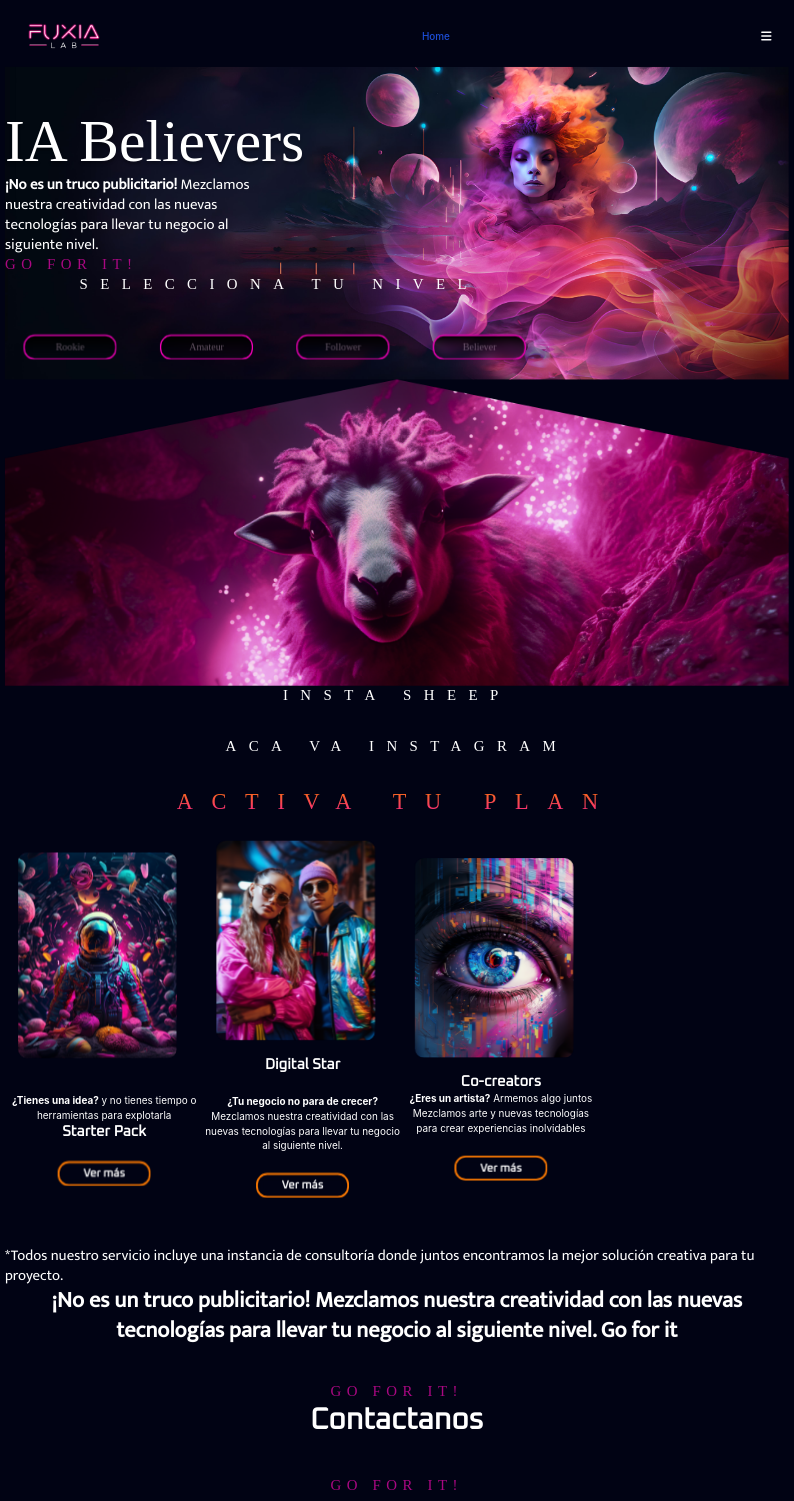
Repository: itsomosedison/tailwind-landing-page
Page: index.html
These files come from the project's save history. The page is drawn as it stood at one moment and after the next save; the edit follows.
The browser window is 1280 px wide. The pictures show the whole page, at 62% of full size.
Some web fonts or font styles are not loaded; a fallback is used.

Above is the page before, as saved 2023-09-30 19:59:43.

### index.html
<!DOCTYPE html>
 <html lang="en" class="">
<head>
    <meta charset="UTF-8">
    <meta http-equiv="X-UA-Compatible" content="IE=edge">
    <meta name="viewport" content="width=device-width, initial-scale=1.0">
    <title>Fuxia Lab</title>
    <meta name="description" content="Creamos contenido para tu negocio. FOTOS - VIDEOS - PACKS DE IMAGENES. Tenemos packs de contenido hechos a tu medida.">
    <link href="./output.css" rel="stylesheet">
</head>
<body>
    <header>
        <nav class="fuxiaNavBar px-4 lg:px-6 py-2.5 dark:bg-gray-800">
            <div class="flex flex-wrap justify-between items-center mx-auto max-w-screen-xl">
                <a href="https://fuxialab.com" class="flex items-center">
                    <img src="recursos/LogoFuxiaHorizontal.png" class="logo mr-3 h-6 sm:h-9" alt="FuxiaLab Logo" />
                </a>
                <div class="flex items-center lg:order-2">
                        <span class="sr-only">Abrir menu principal</span>
                        <svg class="w-6 h-6" fill="currentColor" viewBox="0 0 20 20" xmlns="http://www.w3.org/2000/svg"><path fill-rule="evenodd" d="M3 5a1 1 0 011-1h12a1 1 0 110 2H4a1 1 0 01-1-1zM3 10a1 1 0 011-1h12a1 1 0 110 2H4a1 1 0 01-1-1zM3 15a1 1 0 011-1h12a1 1 0 110 2H4a1 1 0 01-1-1z" clip-rule="evenodd"></path></svg>
                        <svg class="hidden w-6 h-6" fill="currentColor" viewBox="0 0 20 20" xmlns="http://www.w3.org/2000/svg"><path fill-rule="evenodd" d="M4.293 4.293a1 1 0 011.414 0L10 8.586l4.293-4.293a1 1 0 111.414 1.414L11.414 10l4.293 4.293a1 1 0 01-1.414 1.414L10 11.414l-4.293 4.293a1 1 0 01-1.414-1.414L8.586 10 4.293 5.707a1 1 0 010-1.414z" clip-rule="evenodd"></path></svg>
                    </button>
                </div>
                <div class="hidden justify-between items-center w-full lg:flex lg:w-auto lg:order-1" id="mobile-menu-2">
                    <ul class="flex flex-col mt-4 font-medium lg:flex-row lg:space-x-8 lg:mt-0">
                        <li>
                            <a href="#" class="block py-2 pr-4 pl-3 text-white rounded bg-primary-700 lg:bg-transparent lg:text-primary-700 lg:p-0 dark:text-white" aria-current="page">Home</a>
                        </li>

                    </ul>
                </div>
            </div>
        </nav>
    </header>

    <div class="hero containerFuxiaHero flex-col">
            <h1 class="FuxiaH1">IA Believers</h1>

            <div class="flex-row" style="max-width: 400px;">
                <h2 class="FuxiaH2"> <b>¡No es un truco publicitario!</b> Mezclamos nuestra creatividad con las nuevas tecnologías para llevar tu negocio al siguiente nivel.</h2>
                <p class="FuxiaSpecialText">GO FOR IT!</p>
            </div>
            <div class="flex-row" style="text-align: center;width:70%">
                <p class="WhiteSpecialText" style="text-align: center;">SELECCIONA TU NIVEL</p>
            </div>
            <div class="flex-col">
                    <button class="FuxiaButton">Rookie</button>
                    <button class="FuxiaButton">Amateur</button>
                    <button class="FuxiaButton">Follower</button>
                    <button class="FuxiaButton">Believer</button>
            </div>
    </div>

    <div class="containerFuxia flex-col">
        <img src="recursos/sheepHero2.png" alt="Imagen de la oveja" style="width:1920px;" />
        <p class="WhiteSpecialText" style="text-align: center;">INSTA SHEEP</p>
        <p class="WhiteSpecialText" style="text-align: center;">ACA VA INSTAGRAM</p>
    </div>

    <div class="containerFuxia flex-col"></div>
        <p class="GradienteSpecialText" style="text-align: center;">ACTIVA TU PLAN</p>
    </div>

    <div class="containerFuxiaCards flex-row text-center items-center">
                <div class="cardContainer flex-col">
                    <a href="https://api.whatsapp.com/send/?phone=5401138519899&text=Hola%21+vi+tu+anuncio+en+la+web+y+estoy+interesado+en+un+Starter+Pack" target="_blank" class="fuxiaCard">
                        <img class="cardImg" src="recursos/start.png" alt="Imagen de la oveja" />
                    </a>
                    <p class="mt-8"><b>¿Tienes una idea?</b> y no tienes tiempo o herramientas para explotarla</p>
                    <h1 class="cardH1">Starter Pack</h1>
                    <br>
                    <button class="gradientButton">Ver más</button>
                </div>

                <div class="cardContainer flex-col">
                    <a href="https://api.whatsapp.com/send/?phone=5401138519899&text=Hola%21+vi+tu+anuncio+en+la+web+y+estoy+interesado+en+ser+un+Digital+Star" target="_blank" class="fuxiaCard">
                        <img class="cardImg" src="recursos/star.png" alt="Imagen de la oveja" />

                    </a>
                    <h1 class="cardH1">Digital Star</h1>
                    <p class="mt-8"> <b>¿Tu negocio no para de crecer?</b> Mezclamos nuestra creatividad con las nuevas tecnologías para llevar tu negocio al siguiente nivel.</p>
                    <br>
                    <button class="gradientButton">Ver más</button>
                </div>


                <div class="cardContainer flex-col">
                    <a href="https://api.whatsapp.com/send/?phone=5401138519899&text=Hola%21+vi+tu+anuncio+en+la+web+y+estoy+interesado+en+co+crear+un+proyecto+jun" target="_blank" class="fuxiaCard">
                        <img class="cardImg" src="recursos/cocrea.png" alt="Imagen de la oveja" />
                    </a>
                    <h1 class="cardH1">Co-creators</h1>
                    <p class=""><b>¿Eres un artista?</b> Armemos algo juntos</p> Mezclamos arte y nuevas tecnologías para crear experiencias inolvidables</p>
                    <br>
                    <button class="gradientButton">Ver más</button>
                </div>
            </div>
            </div>
        </section>
    </div>

        <div class="containerFuxia flex-row">
                    <p class="FuxiaH2">*Todos nuestro servicio incluye una instancia de consultoría donde juntos encontramos la mejor solución creativa para tu proyecto.</p>
        </div>

        <div class="containerFuxia flex-row">

                <p class="quoteText">¡No es un truco publicitario! Mezclamos nuestra creatividad con las nuevas tecnologías para llevar tu negocio al siguiente nivel. Go for it</p>
                <p class="FuxiaSpecialText" style="margin-top:60px">GO FOR IT!</p>
        </div>

        <div class="containerFuxia flex-row">
                <p class="contactenosH1">Contactanos</p>
                <p class="FuxiaSpecialText" style="margin-top:60px">GO FOR IT!</p>
        </div>

</body>
</html>

Loaded but not shown: output.css (2747 lines, source omitted)

After the next save:
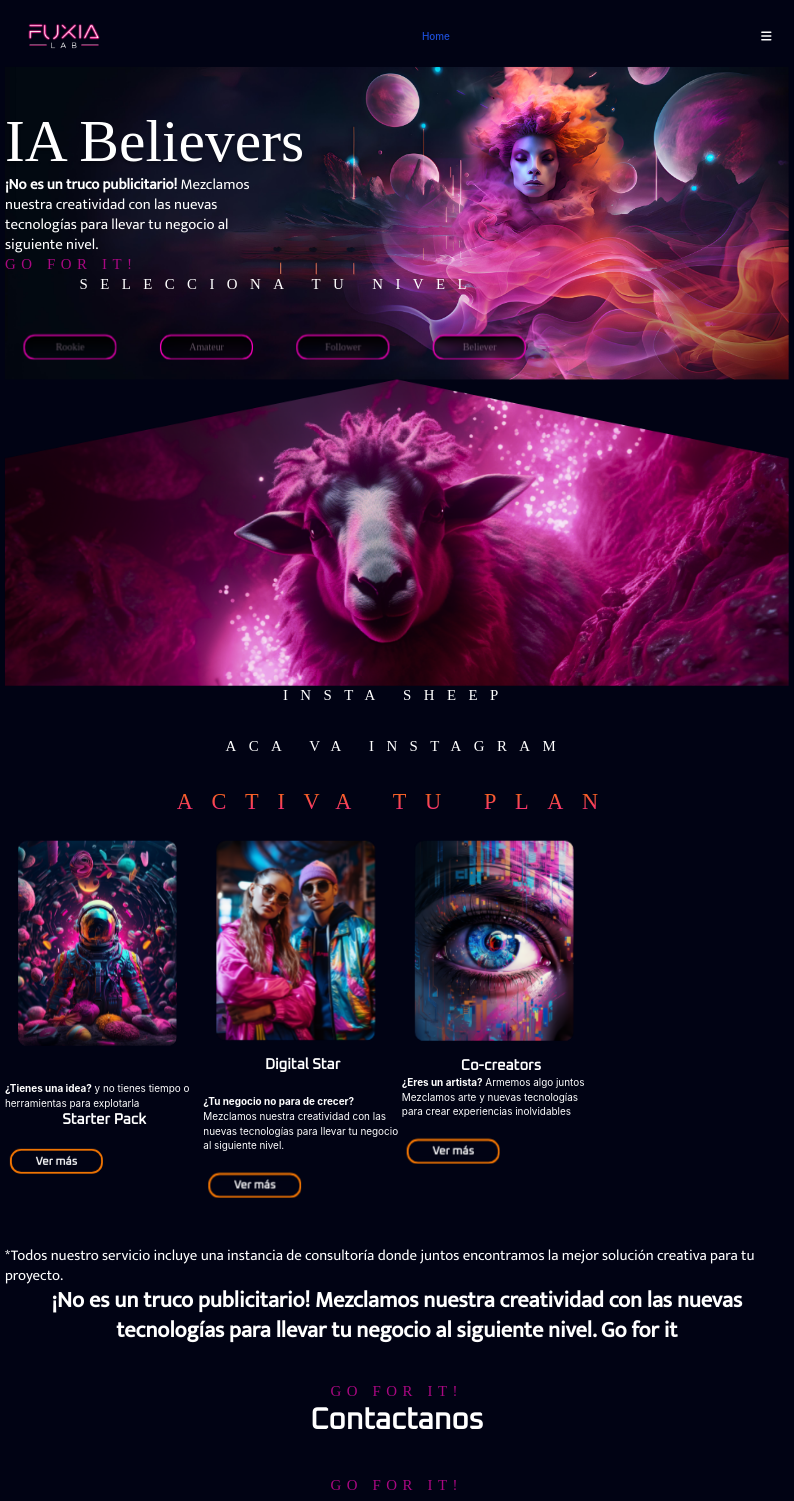
Saved 32 s later.
--- a/index.html
+++ b/index.html
@@ -61,7 +61,7 @@
         <p class="GradienteSpecialText" style="text-align: center;">ACTIVA TU PLAN</p>
     </div>
 
-    <div class="containerFuxiaCards flex-row text-center items-center">
+    <div class="containerFuxiaCards">
                 <div class="cardContainer flex-col">
                     <a href="https://api.whatsapp.com/send/?phone=5401138519899&text=Hola%21+vi+tu+anuncio+en+la+web+y+estoy+interesado+en+un+Starter+Pack" target="_blank" class="fuxiaCard">
                         <img class="cardImg" src="recursos/start.png" alt="Imagen de la oveja" />
